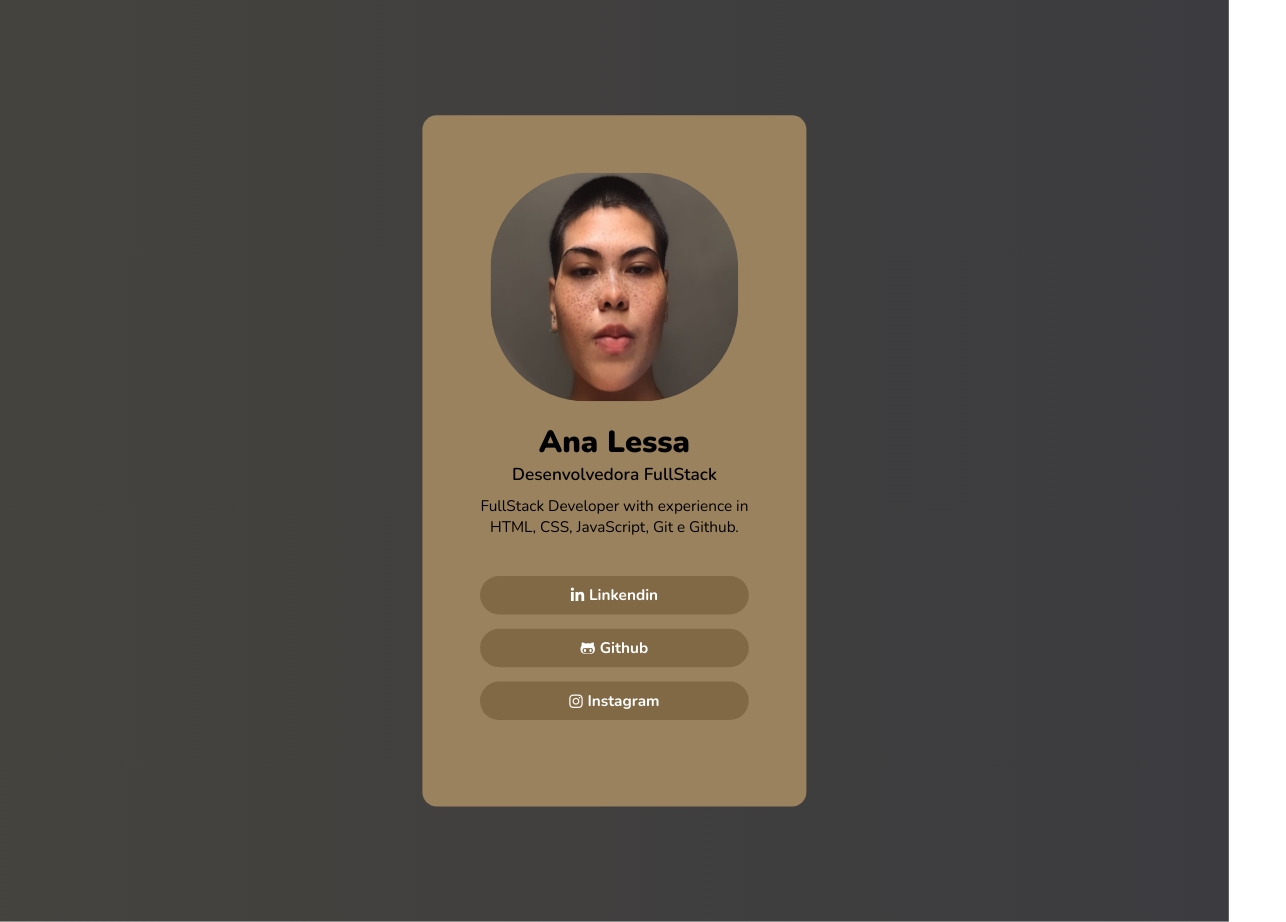
Repository: analessp/linktree
Page: index.html
The author's editor kept a copy of each file at every save. The page is drawn from the files as they stood at one save, then again after a run of saves.
The browser window is 1280 px wide. The page is 1280 px wide, then 1340 px, so the pictures cover 1340 px, including what lies to the right of the window. The pictures show the whole page, at 96% of full size.

Above is the page before, as saved 2025-04-11 11:41:16.

After the next 10 saves:
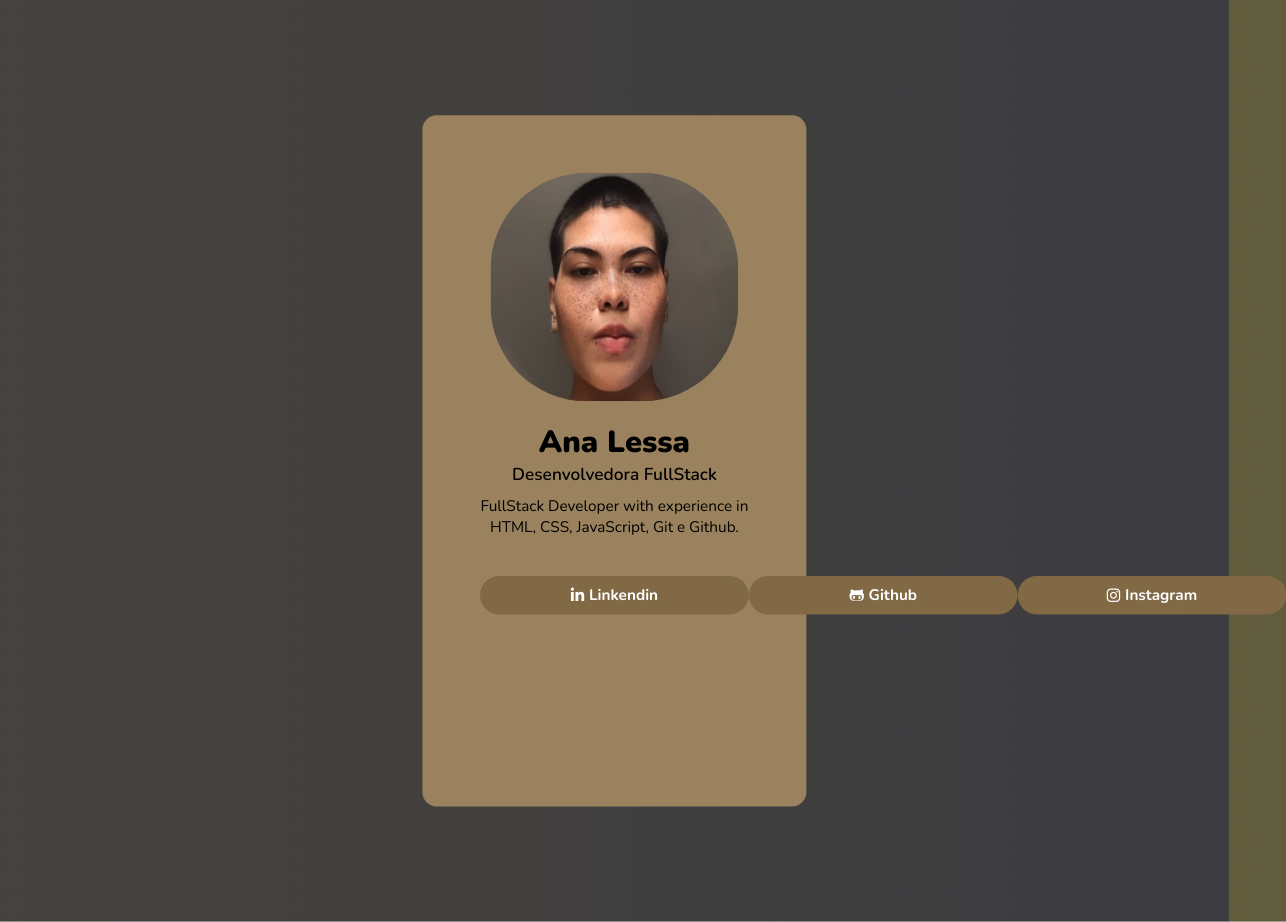
The 10 saves are shown as one change because they came seconds apart.
The last was saved 26 s later.
--- a/css/style.css
+++ b/css/style.css
@@ -65,7 +65,10 @@ margin-bottom: 10px;
     margin-top: 40px;
 }
 
+.container-social-links ul {
+    display: flex;
 
+}
 
 .container-social-links li {
     display: flex;
@@ -75,7 +78,6 @@ margin-bottom: 10px;
     width: 280px;
     height: 40px;
     background-color: #816946;
-    margin: 15px 0;
     border-radius: 20px;
     font-weight: 700;
     transform-origin: 0.6s%;
